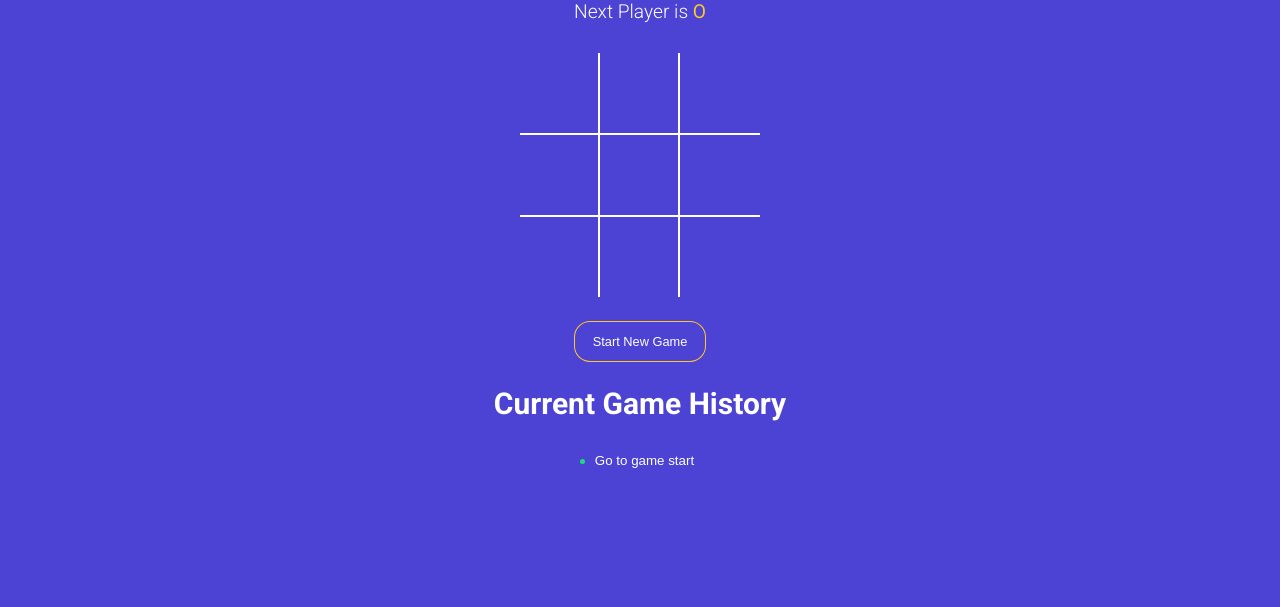
Repository: NoobAjay/tictactoe-game
Page: /
These files come from the project's save history. The page is drawn as it stood at one moment and after the next save; the edit follows.
The browser window is 1280 px wide. The pictures show the whole page.
The project was rebuilt for these pictures with package versions that can differ from the ones it lists, and the page was loaded fresh each time. Also part of the build but not shown: vite.config.js.

Above is the page before, as saved 2023-03-22 15:19:14.

### index.html
<!DOCTYPE html>
<html lang="en">
  <head>
    <meta charset="UTF-8" />
    <link rel="icon" type="image/svg+xml" href="/vite.svg" />
    <meta name="viewport" content="width=device-width, initial-scale=1.0" />
    <link
      href="https://fonts.googleapis.com/css?family=Roboto:300,400,700&display=swap"
      rel="stylesheet"
    />
    <title>Tic Tac Toe</title>
  </head>
  <body>
    <div id="root"></div>
    <script type="module" src="/src/main.jsx"></script>
  </body>
</html>

### src/App.jsx
import './styles.scss';
import { useState } from 'react';
import Board from './components/Board';
import { calculateWinner } from './winner';
import StatusMessage from './components/StatusMessage';
import History from './components/History';

const NEW_GAME = [{ squares: Array(9).fill(null), isXNext: false }];
function App() {
  const [history, setHistory] = useState(NEW_GAME);

  const [currentMove, setCurrentMove] = useState(0);

  const gamingBoard = history[currentMove];

  const { winner, winningSquares } = calculateWinner(gamingBoard.squares);
  // console.log({ history, currentMove });

  const handleSquareClick = clickedPosition => {
    if (gamingBoard.squares[clickedPosition] || winner) {
      return;
    }
    setHistory(currentHistory => {
      const isTraversing = currentMove + 1 !== currentHistory.length;

      const lastGamingState = isTraversing
        ? currentHistory[currentMove]
        : currentHistory[currentHistory.length - 1];

      const nextSquareState = lastGamingState.squares.map(
        (squareValue, position) => {
          if (clickedPosition === position) {
            return lastGamingState.isXNext ? 'X' : '0';
          }
          return squareValue;
        }
      );
      const base = isTraversing
        ? currentHistory.slice(0, currentHistory.indexOf(lastGamingState + 1))
        : currentHistory;

      return base.concat({
        squares: nextSquareState,
        isXNext: !lastGamingState.isXNext,
      });
    });

    setCurrentMove(move => move + 1);
  };

  const moveTo = move => {
    setCurrentMove(move);
  };

  const onNewGameStart = () => {
    setHistory(NEW_GAME);
    setCurrentMove(0);
  };

  return (
    <div className="app">
      <StatusMessage winner={winner} gamingBoard={gamingBoard} />
      <Board
        squares={gamingBoard.squares}
        handleSquareClick={handleSquareClick}
        winningSquares={winningSquares}
      />
      <button
        type="button"
        onClick={onNewGameStart}
        className={`btn-reset ${winner ? 'active' : ''} `}
      >
        Start New Game
      </button>
      <h2>Current Game History</h2>
      <History history={history} moveTo={moveTo} currentMove={currentMove} />
    </div>
  );
}

export default App;

### src/components/Board.jsx
import React from 'react';
import Square from './Square';

const Board = ({ squares, handleSquareClick, winningSquares }) => {
  const renderSquare = position => {
    const isWinningSquare = winningSquares.includes(position);
    return (
      <Square
        value={squares[position]}
        onClick={() => handleSquareClick(position)}
        isWinningSquare={isWinningSquare}
      />
    );
  };
  return (
    <div className="board">
      <div className="board-row">
        {renderSquare(0)}
        {renderSquare(1)}
        {renderSquare(2)}
      </div>
      <div className="board-row">
        {renderSquare(3)}
        {renderSquare(4)}
        {renderSquare(5)}
      </div>
      <div className="board-row">
        {renderSquare(6)}
        {renderSquare(7)}
        {renderSquare(8)}
      </div>
    </div>
  );
};

export default Board;

### src/winner.js
export function calculateWinner(squares) {
  const lines = [
    [0, 1, 2],
    [3, 4, 5],
    [6, 7, 8],
    [0, 3, 6],
    [1, 4, 7],
    [2, 5, 8],
    [0, 4, 8],
    [2, 4, 6],
  ];
  for (let i = 0; i < lines.length; i++) {
    const [a, b, c] = lines[i];
    if (squares[a] && squares[a] === squares[b] && squares[a] === squares[c]) {
      return {
        winner: squares[a],
        winningSquares: lines[i],
      };
    }
  }
  return {
    winner: null,
    winningSquares: [],
  };
}

### src/components/StatusMessage.jsx
import React from 'react';

const StatusMessage = ({ winner, gamingBoard }) => {
  const { squares, isXNext } = gamingBoard;
  const noMovesLeft = squares.every(squareValue => squareValue !== null);
  const nextPlayer = isXNext ? 'X' : 'O';

  const renderStatusMessage = () => {
    if (winner) {
      return (
        <React.Fragment>
          {' '}
          Winner is {''}
          <span className={winner === 'X' ? 'text-green' : 'text-orange'}>
            {winner}
          </span>
        </React.Fragment>
      );
    }
    if (!winner && noMovesLeft) {
      return (
        <React.Fragment>
          <span className="text-orange"> O </span> and {''}
          <span className="text-green "> X</span> tied
        </React.Fragment>
      );
    }
    if (!winner && !noMovesLeft) {
      return (
        <React.Fragment>
          Next Player is {''}
          <span className={isXNext ? 'text-green' : 'text-orange'}>
            {nextPlayer}
          </span>
        </React.Fragment>
      );
    }
    return null;
  };

  return <div className="status-message">{renderStatusMessage()}</div>;
};

export default StatusMessage;

### src/components/History.jsx
import React from 'react';

const History = ({ history, moveTo, curretMove }) => {
  return (
    <div className="history-wrapper">
      <ul className="history">
        {history.map((_, index) => (
          <li key={index}>
            <button
              type="button"
              className={`btn-move ${curretMove === index ? 'active' : ''}`}
              onClick={() => moveTo(index)}
            >
              {index === 0 ? `Go to game start` : `Go to move #${index}`}
            </button>
          </li>
        ))}
      </ul>
    </div>
  );
};

export default History;

### src/components/Square.jsx
import React from 'react';

const Square = ({ value, onClick, isWinningSquare }) => {
  return (
    <button
      type="button"
      className={`square ${value === 'X' ? 'text-green' : 'text-orange'} ${
        isWinningSquare ? 'winning' : ''
      }`}
      onClick={onClick}
    >
      {value}
    </button>
  );
};

export default Square;

Loaded but not shown: src/main.jsx (common file); src/styles.scss (common file)

After the next save:
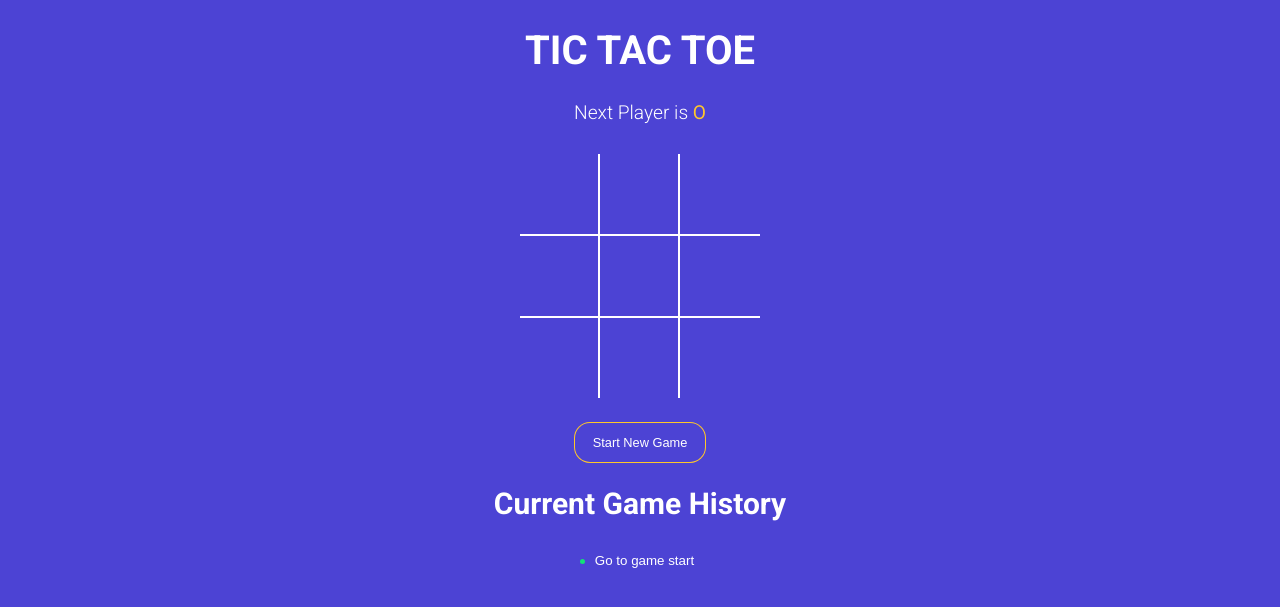
Saved 101 s later.
--- a/src/App.jsx
+++ b/src/App.jsx
@@ -59,6 +59,7 @@ function App() {
 
   return (
     <div className="app">
+      <h1>TIC TAC TOE</h1>
       <StatusMessage winner={winner} gamingBoard={gamingBoard} />
       <Board
         squares={gamingBoard.squares}
